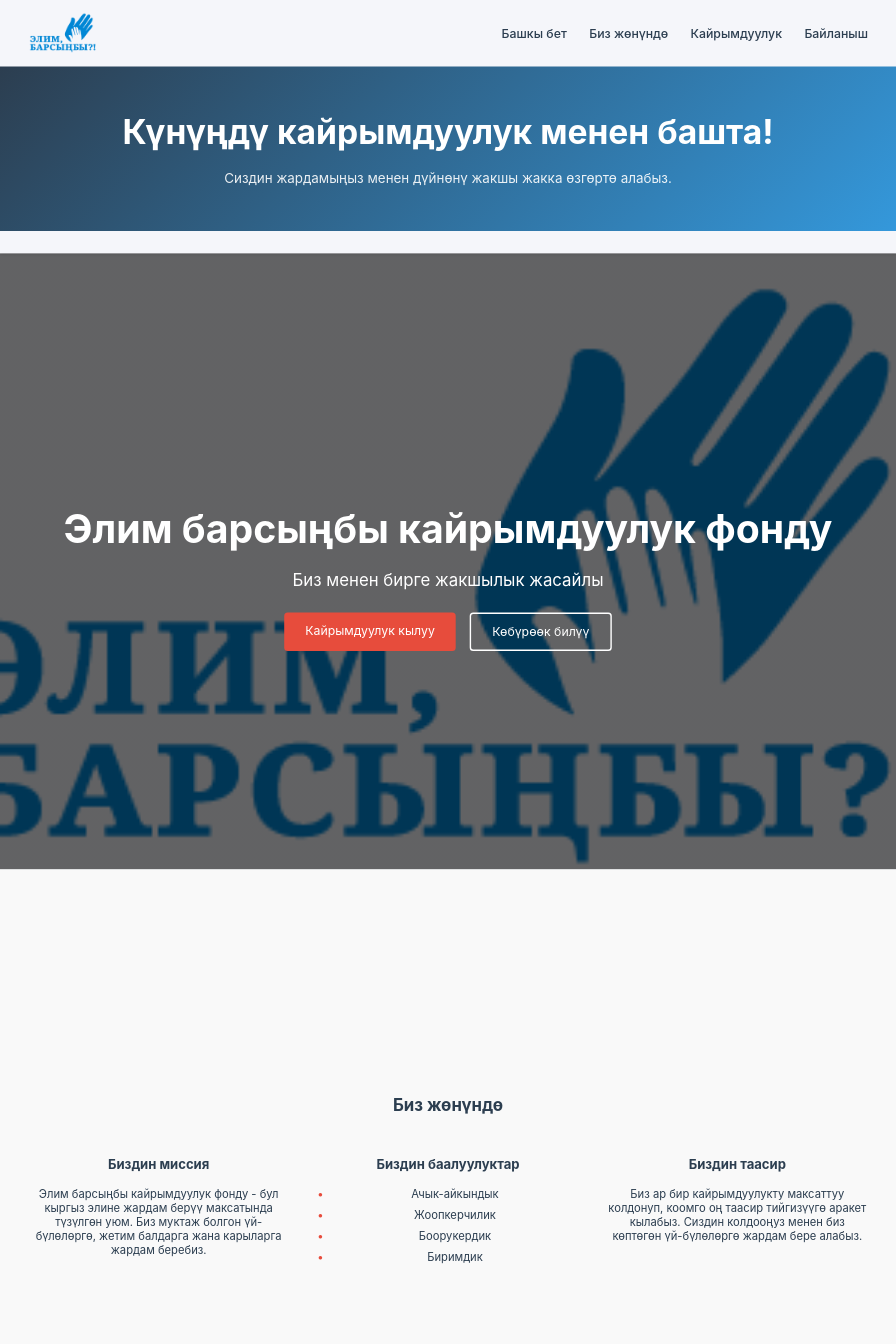
Repository: krmvz/elimbarsynby-
Page: / (app in elim-barsynby-charity/)
The author's editor kept a copy of each file at every save. The page is drawn from the files as they stood at one save, then again after the next save.
The browser window is 1280 px wide. The pictures show the part of the page from y = 0 to 1920 px (the page is 4600 px tall), at 70% of full size.
The page's requests for data from a server got no answer. The project was rebuilt for these pictures with package versions that can differ from the ones it lists, and the page was loaded fresh each time. No one was signed in, and anything a server would have sent is missing.

Above is the page before, as saved 2025-06-18 11:09:08.

After the next save:
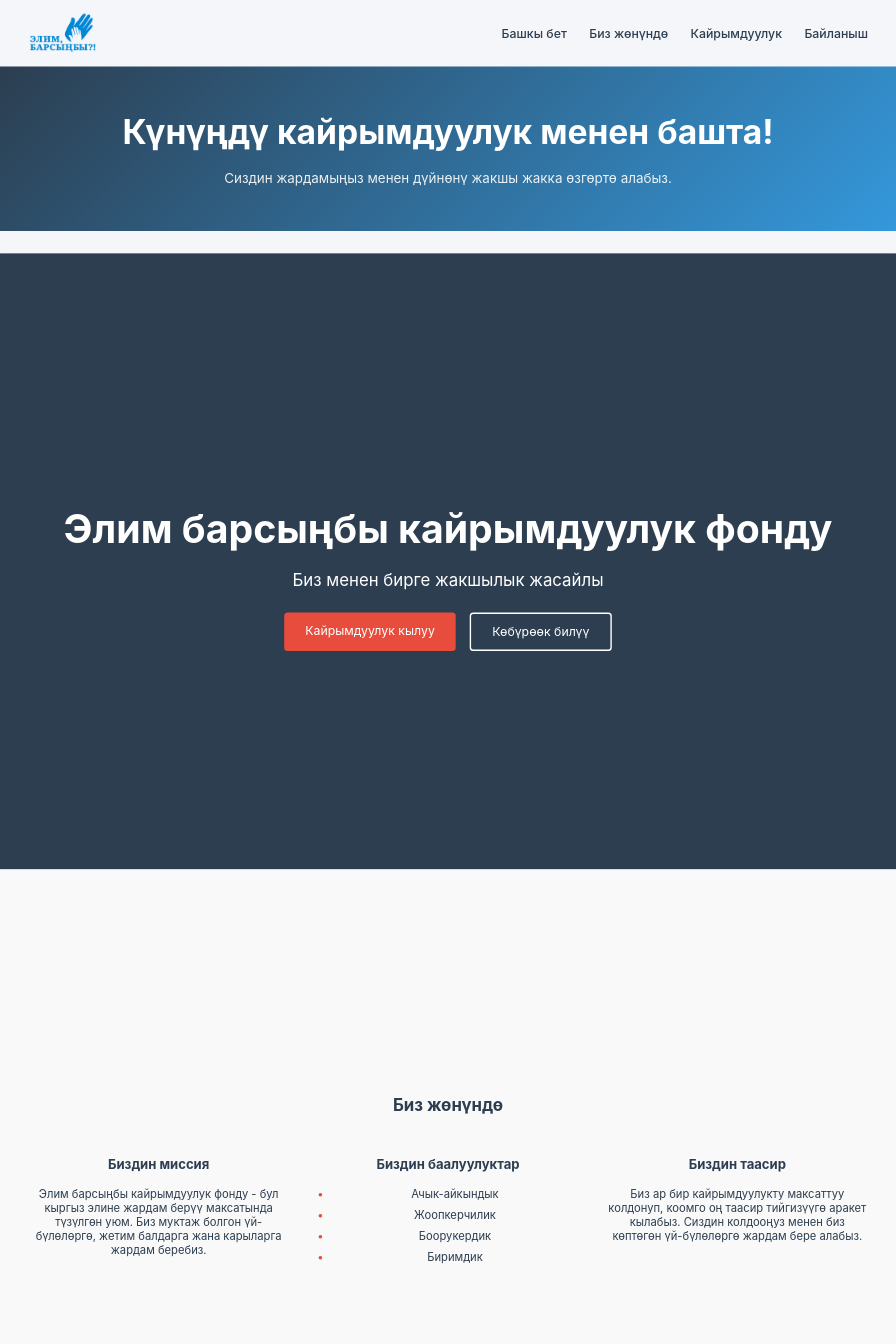
Saved 2 min 38 s later.
--- a/elim-barsynby-charity/src/components/sections/sections.css
+++ b/elim-barsynby-charity/src/components/sections/sections.css
@@ -16,7 +16,7 @@
 
 /* Home Section */
 .home-section {
-  background: linear-gradient(rgba(0, 0, 0, 0.6), rgba(0, 0, 0, 0.6)), url('../../images/IMG_3405.PNG');
+  background-color: #2c3e50;
   background-size: cover;
   background-position: center;
   color: white;
